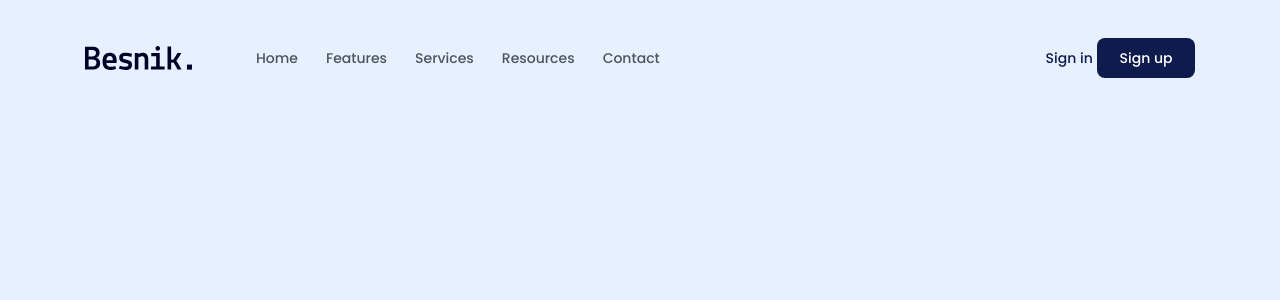
Repository: empty24062002/f8-htmlcss-01
Page: index.html
An editor plug-in stored every save of this project. The page is shown before and after the next save, followed by the edit.
The browser window is 1280 px wide. The pictures show the whole page.

Above is the page before, as saved 2023-07-11 12:23:41.

After the next save:
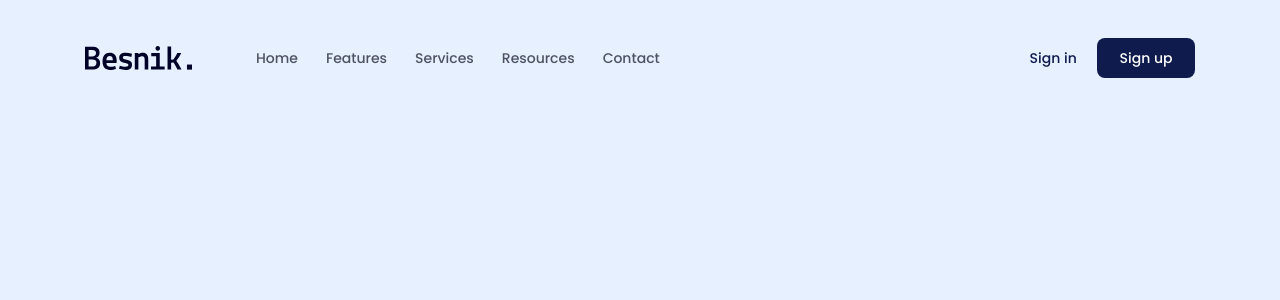
Saved 98 s later.
--- a/assets/css/styles.css
+++ b/assets/css/styles.css
@@ -65,6 +65,7 @@
     font-size: 1.4rem;
     font-weight: 500;
     color: #0f1b4c;
+    margin-right: 16px;
 }
 
 .navbar .action-btn {
